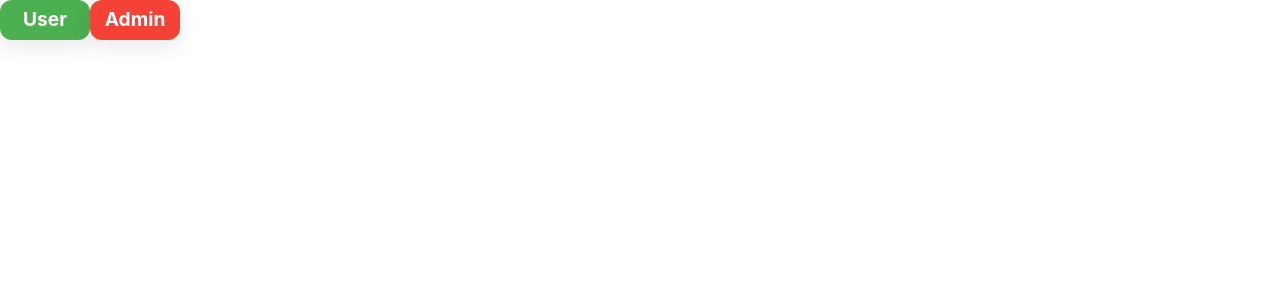
Repository: User826/Recipe
Page: /useradmin (app in recipe_project/)
The author's editor kept a copy of each file at every save. The page is drawn from the files as they stood at one save, then again after the next save.
The browser window is 1280 px wide. The pictures show the whole page.
The project was rebuilt for these pictures with package versions that can differ from the ones it lists, and the page was loaded fresh each time. The framework's server and built-in components were replaced by stand-ins that run in the browser. Also part of the build but not shown: recipe_project/next.config.js, recipe_project/pages/users.module.css, recipe_project/components/users.js.

Above is the page before, as saved 2023-06-01 05:02:21.

### recipe_project/pages/useradmin.js
import { useState } from "react";
import {UserButton, AdminButton} from "../components/websitebuttons"
import Post from "../components/users"



export default function Useradmin() {
    const [isLoggedIn, setIsLoggedIn] = useState("");

    function handleLoginClick() {
        //this.setState({isLoggedIn: true});
        setIsLoggedIn("user")
      };

    function handleLogoutClick() {
        //this.setState({isLoggedIn: false});
        setIsLoggedIn("admin")
      }


    const isLoggedInVariable = isLoggedIn;
    let button;

    // if (isLoggedInVariable) {
    //     button = <LogoutButton onClick={handleLogoutClick} />;
    // } else {
    //     button = <LoginButton onClick={handleLoginClick} />;
    // }

    console.log(isLoggedInVariable)

    if (isLoggedInVariable == ""){
        return <div>
        {/* <Post></Post> */}
        <UserButton onClick ={handleLoginClick}/>
        <AdminButton onClick = {handleLogoutClick}/>

    </div>
    }
    else if (isLoggedInVariable == "user"){
        return <div>
                    <p>You are a user!</p>
                    <p>Or are you an admin? <AdminButton onClick = {handleLogoutClick}> </AdminButton></p>
                </div>

                // <UserButton onClick = {handleLoginCLick}> </UserButton>

    }
    else if (isLoggedInVariable == "admin"){
        return  <div>
                    <p>You are an admin!</p>
                    <p>Or are you a user? <UserButton onClick = {handleLoginClick}> </UserButton></p>
                </div>

    }

    // return <div>
    //     {/* <Post></Post> */}
    //     <UserButton onClick ={handleLoginClick}/>
    //     <AdminButton onClick = {handleLoginClick}/>

    // </div>
  }

### recipe_project/components/websitebuttons.js
import styles from "../pages/useradmin.module.css"

function UserButton(props) {
    return (
      <button className = {styles.user} onClick={props.onClick}>
        User
      </button>
    );
  }

  function AdminButton(props) {
    return (
      <button className = {styles.admin} onClick={props.onClick}>
        Admin
      </button>
    );
  }

  export {UserButton, AdminButton}

### recipe_project/pages/useradmin.module.css
/* .user{
  background-color: #4CAF50;
  border: none;
  color: white;
  padding: 15px 32px;
  text-align: center;
  text-decoration: none;
  display: inline-block;
  font-size: 16px;
}

.admin{
  background-color: #f44336;
  border: none;
  color: white;
  padding: 15px 32px;
  text-align: center;
  text-decoration: none;
  display: inline-block;
  font-size: 16px;
} */


.user {
  align-items: center;
  width: 90px;
  height: 40px;
  background-color: #4CAF50;
  border-radius: 12px;
  box-shadow: transparent 0 0 0 3px,rgba(18, 18, 18, .1) 0 6px 20px;
  box-sizing: border-box;
  color: #fff;
  cursor: pointer;
  display: inline-flex;
  flex: 1 1 auto;
  font-family: Inter,sans-serif;
  font-size: 1.2rem;
  font-weight: 700;
  justify-content: center;
  line-height: 1;
  margin: 0;
  outline: none;
  padding: 1rem 1.2rem;
  text-align: center;
  text-decoration: none;
  transition: box-shadow .2s,-webkit-box-shadow .2s;
  white-space: nowrap;
  border: 0;
  user-select: none;
  -webkit-user-select: none;
  touch-action: manipulation;
}

.user:hover {
  box-shadow: #121212 0 0 0 3px, transparent 0 0 0 0;
}

.admin {
  align-items: center;
  width: 90px;
  height: 40px;
  background-color: #f44336;
  border-radius: 12px;
  box-shadow: transparent 0 0 0 3px,rgba(18, 18, 18, .1) 0 6px 20px;
  box-sizing: border-box;
  color: #fff;
  cursor: pointer;
  display: inline-flex;
  flex: 1 1 auto;
  font-family: Inter,sans-serif;
  font-size: 1.2rem;
  font-weight: 700;
  justify-content: center;
  line-height: 1;
  margin: 0;
  outline: none;
  padding: 1rem 1.2rem;
  text-align: center;
  text-decoration: none;
  transition: box-shadow .2s,-webkit-box-shadow .2s;
  white-space: nowrap;
  border: 0;
  user-select: none;
  -webkit-user-select: none;
  touch-action: manipulation;
}

.admin:hover {
  box-shadow: #121212 0 0 0 3px, transparent 0 0 0 0;
}

Loaded but not shown: recipe_project/pages/_app.js (common file); recipe_project/styles/globals.css (common file)

After the next save:
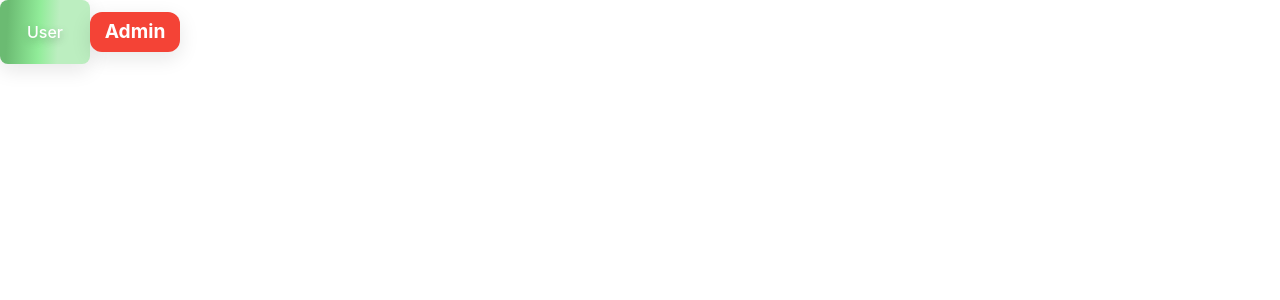
Saved 3 min 4 s later.
--- a/recipe_project/pages/useradmin.module.css
+++ b/recipe_project/pages/useradmin.module.css
@@ -88,3 +88,37 @@
 .admin:hover {
   box-shadow: #121212 0 0 0 3px, transparent 0 0 0 0;
 }
+
+
+/* CSS */
+.user {
+  background-image: linear-gradient(92.88deg, #6bbb72 9.16%, #91ec99 43.89%, #bceec0 64.72%);
+  border-radius: 8px;
+  border-style: none;
+  box-sizing: border-box;
+  color: #FFFFFF;
+  cursor: pointer;
+  flex-shrink: 0;
+  font-family: "Inter UI","SF Pro Display",-apple-system,BlinkMacSystemFont,"Segoe UI",Roboto,Oxygen,Ubuntu,Cantarell,"Open Sans","Helvetica Neue",sans-serif;
+  font-size: 16px;
+  font-weight: 500;
+  height: 4rem;
+  padding: 0 1.6rem;
+  text-align: center;
+  text-shadow: rgba(0, 0, 0, 0.25) 0 3px 8px;
+  transition: all .5s;
+  user-select: none;
+  -webkit-user-select: none;
+  touch-action: manipulation;
+}
+
+.button-36:hover {
+  box-shadow: rgba(80, 63, 205, 0.5) 0 1px 30px;
+  transition-duration: .1s;
+}
+
+@media (min-width: 768px) {
+  .button-36 {
+    padding: 0 2.6rem;
+  }
+}
